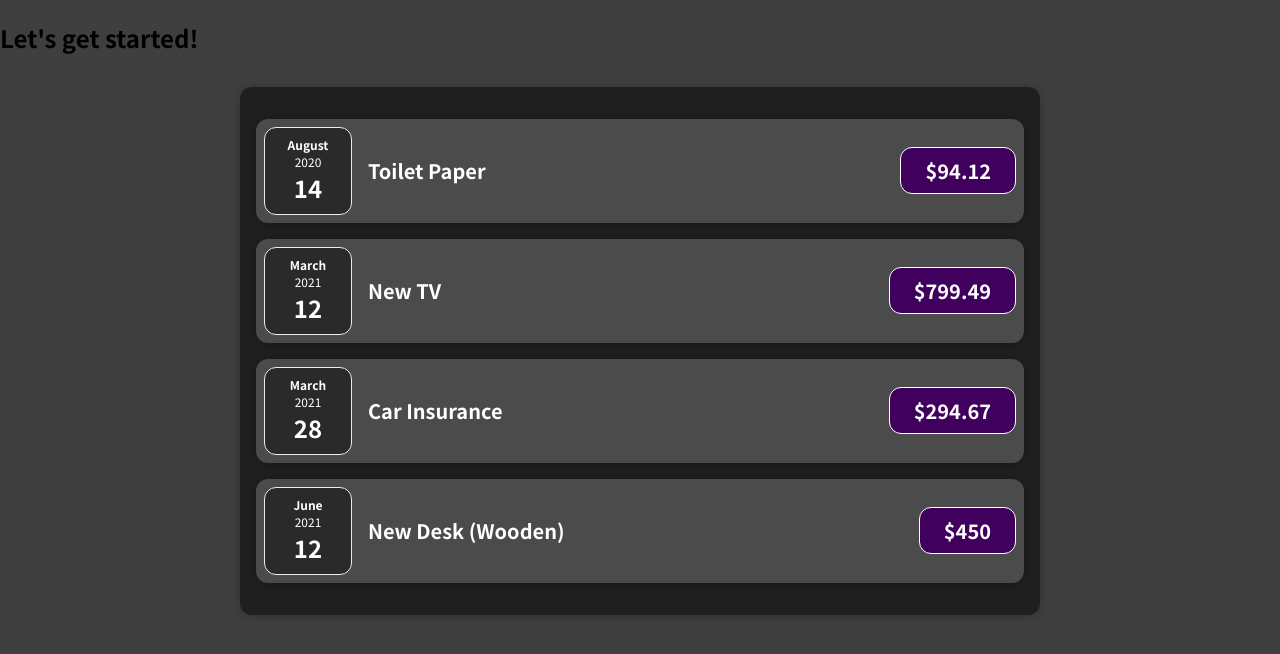
Repository: Dark-Developer93/react-complete-guide
Page: /
These files come from the project's save history. The page is drawn as it stood at one moment and after a run of saves; the edit follows.
The browser window is 1280 px wide. The pictures show the whole page.
The project was rebuilt for these pictures with package versions that can differ from the ones it lists, and the page was loaded fresh each time.

Above is the page before, as saved 2022-11-04 21:51:19.

### src/App.js
import Expenses from "./components/Expenses/Expenses";

const App = () => {
  const expenses = [
    {
      id: "e1",
      title: "Toilet Paper",
      amount: 94.12,
      date: new Date(2020, 7, 14),
    },
    { id: "e2", title: "New TV", amount: 799.49, date: new Date(2021, 2, 12) },
    {
      id: "e3",
      title: "Car Insurance",
      amount: 294.67,
      date: new Date(2021, 2, 28),
    },
    {
      id: "e4",
      title: "New Desk (Wooden)",
      amount: 450,
      date: new Date(2021, 5, 12),
    },
  ];
  return (
    <div>
      <h2>Let's get started!</h2>
      <Expenses item={expenses} />
    </div>
  );
};

export default App;

### src/components/Expenses/Expenses.js
import "./Expenses.css";
import ExpenseItem from "./ExpenseItem";
import Card from "../UI/Card";

const Expenses = (props) => {
  return (
    <Card className="expenses">
      {props.item.map((expense) => {
        return (
          <ExpenseItem
            key={expense.id}
            title={expense.title}
            amount={expense.amount}
            date={expense.date}
          />
        );
      })}
    </Card>
  );
};

export default Expenses;

### src/components/Expenses/ExpenseItem.js
import { useState } from "react";

import "./ExpenseItem.css";
import ExpenseDate from "./ExpenseDate";
import Card from "../UI/Card";

const ExpenseItem = (props) => {
  const [title, SetTitle] = useState(props.title);
  const { amount, date } = props;
  return (
    <Card className="expense-item">
      <ExpenseDate date={date} />
      <div className="expense-item__description">
        <h2>{title}</h2>
        <div className="expense-item__price">${amount}</div>
      </div>
    </Card>
  );
};

export default ExpenseItem;

### src/components/Expenses/ExpenseItem.css
.expense-item {
  display: flex;
  justify-content: space-between;
  align-items: center;
  padding: 0.5rem;
  margin: 1rem 0;
  background-color: #4b4b4b;
}

.expense-item__description {
  display: flex;
  flex-direction: column;
  gap: 1rem;
  align-items: flex-end;
  flex-flow: column-reverse;
  justify-content: flex-start;
  flex: 1;
}

.expense-item h2 {
  color: #3a3a3a;
  font-size: 1rem;
  flex: 1;
  margin: 0 1rem;
  color: white;
}

.expense-item__price {
  font-size: 1rem;
  font-weight: bold;
  color: white;
  background-color: #40005d;
  border: 1px solid white;
  padding: 0.5rem;
  border-radius: 12px;
}

@media (min-width: 580px) {
  .expense-item__description {
    flex-direction: row;
    align-items: center;
    justify-content: flex-start;
    flex: 1;
  }

  .expense-item__description h2 {
    font-size: 1.25rem;
  }

  .expense-item__price {
    font-size: 1.25rem;
    padding: 0.5rem 1.5rem;
  }
}

### src/components/Expenses/ExpenseDate.js
import "./ExpenseDate.css";
const ExpenseDate = (props) => {
  const month = props.date.toLocaleDateString("en-US", { month: "long" });
  const year = props.date.toLocaleDateString("en-US", { year: "numeric" });
  const day = props.date.toLocaleDateString("en-US", { day: "numeric" });
  return (
    <div className="expense-date">
      <div className="expense-date__month">{month}</div>
      <div className="expense-date__year">{year}</div>
      <div className="expense-date__day">{day}</div>
    </div>
  );
};

export default ExpenseDate;

Loaded but not shown: public/index.html (common file); src/index.js (common file); src/index.css (common file); src/components/Expenses/Expenses.css (common file); src/components/UI/Card.js (common file); src/components/UI/Card.css (common file); src/components/Expenses/ExpenseDate.css (common file)

After the next 2 saves:
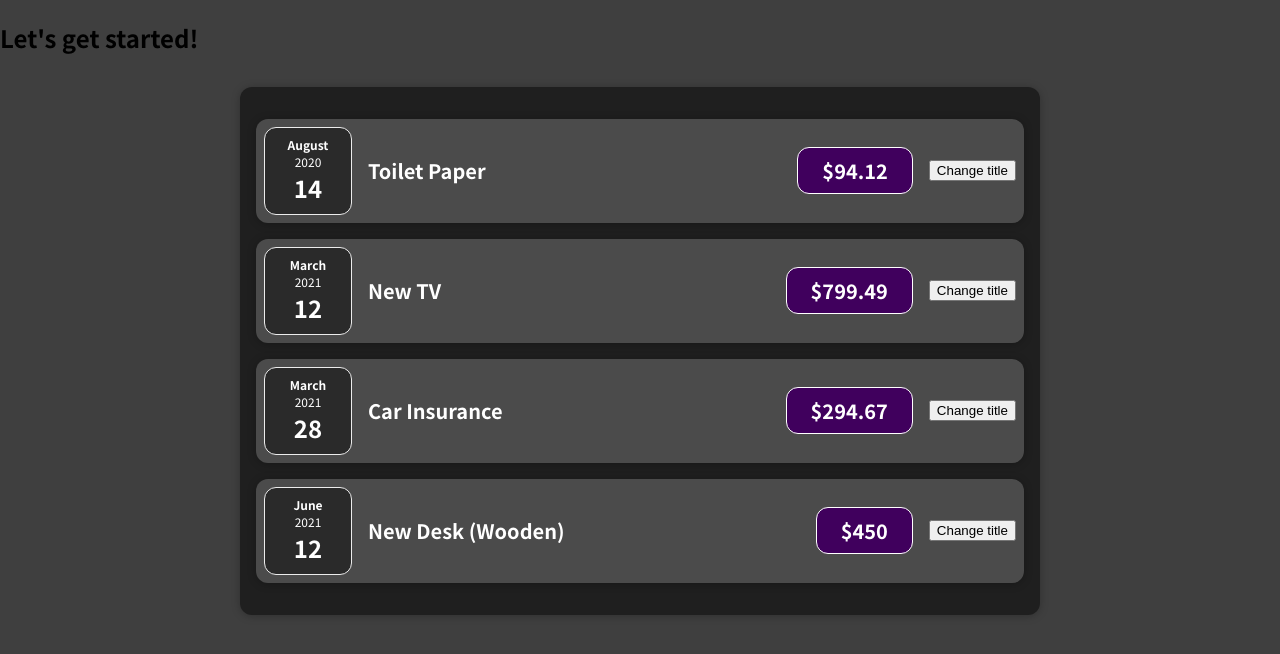
The 2 saves are shown as one change because 1 did not build or start.
The last was saved 96 s later.
--- a/src/components/Expenses/ExpenseItem.js
+++ b/src/components/Expenses/ExpenseItem.js
@@ -5,14 +5,18 @@ import ExpenseDate from "./ExpenseDate";
 import Card from "../UI/Card";
 
 const ExpenseItem = (props) => {
-  const [title, SetTitle] = useState(props.title);
+  const [title, setTitle] = useState(props.title);
   const { amount, date } = props;
+  const clickHandler = () => {
+    setTitle("Updated!!!!");
+  };
   return (
     <Card className="expense-item">
       <ExpenseDate date={date} />
       <div className="expense-item__description">
         <h2>{title}</h2>
         <div className="expense-item__price">${amount}</div>
+        <button onClick={clickHandler}>Change title</button>
       </div>
     </Card>
   );
